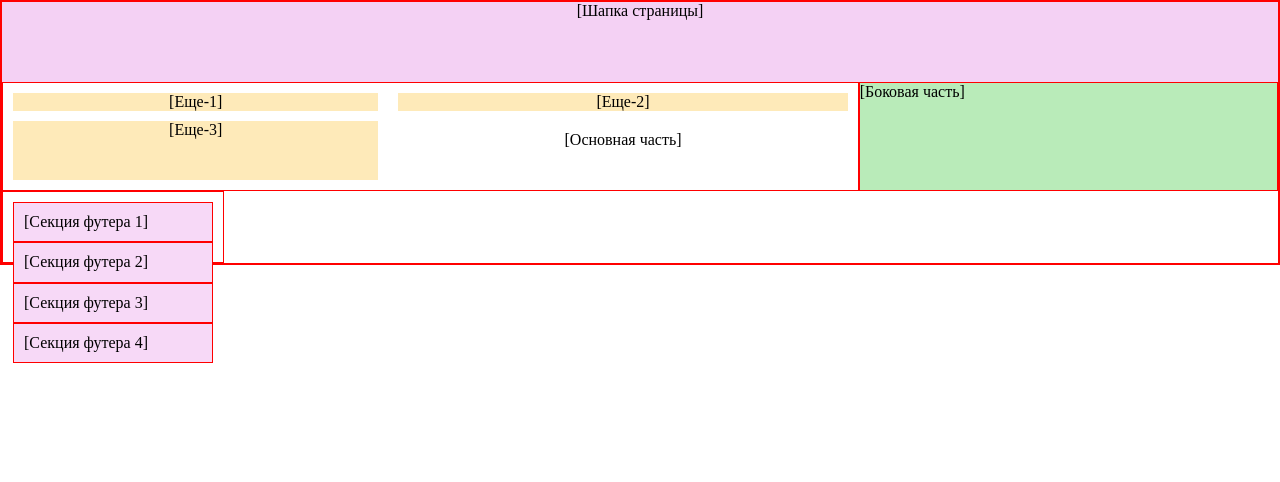
Repository: IrinaGetmanenko/week6
Page: grid.html
An editor plug-in stored every save of this project. The page is shown before and after the next save, followed by the edit.
The browser window is 1280 px wide. The pictures show the whole page.

Above is the page before, as saved 2022-10-22 20:11:11.

### grid.html
<!DOCTYPE html>
<html lang="en">
<head>
    <meta charset="UTF-8">
    <meta http-equiv="X-UA-Compatible" content="IE=edge">
    <meta name="viewport" content="width=device-width, initial-scale=1.0">
    <title>Document</title>
    <link rel="stylesheet" href="assets\normalize.css">
</head>

<style>

.site{
  border: 2px solid red;
  display: grid;
  grid-template-areas:"header header header "
                       "inner inner  aside"
                       "inner inner aside"
                       "footer footer footer"
}

.header {
  background-color: rgb(244, 209, 244);
  grid-area: header;
  text-align: center;
  height: 80px;
}

.inner{
  border: 1px solid red;
  display: grid;
  grid-area: inner;
  grid-template-areas:"main main"
                       "left right"
                       "bottom bottom"

  background-color: beige;
  gap: 10px 20px;
  text-align: center;
  padding: 10px;


}

.main{
  grid-area: main;
padding: 10px 10px 30px;
 }

.block{
  background-color: rgb(254, 234,185);
  text-align: inherit;
}


.block left
{
  grid-area: left;

}

.block right
{
  grid-area:right;

}
.block bottom
{
  grid-area:bottom;

}


.aside {
  border: 1px solid red;
  grid-area: aside;
  background-color: rgb(185, 235, 185);

}

.footer {
grid-area: footer;

border: 1px solid red;
height: 50px;
width: 200px;
padding: 10px;
justify-content: space-between;

}

.section-1  {

  background-color: rgb(247, 217, 247);
border: 1px solid red;
padding: 10px;
}

.section-2  {
    border: 1px solid red;
  background-color: rgb(247, 217, 247);
  padding: 10px;
}

.section-3  {
    border: 1px solid red;
  background-color: rgb(247, 217, 247);
  padding: 10px;
}

.section-4  {
    border: 1px solid red;
  background-color: rgb(247, 217, 247);
  padding: 10px;
}

</style>
<body>

  <site class=" site">

<header class="header">[Шапка страницы]</header>


<div class="inner">
  <inner class="main">
    <span>[Основная часть]</span>
  </inner>
<div class="block left">
  <span>[Еще-1]</span>
  </div>
  <inner class="block right">
    <span>[Еще-2]</span>
  </inner>
    <inner class="block bottom">
      <span>[Еще-3]</span>
    </inner>
</div>

<aside class="aside">[Боковая часть]</aside>


<footer class="footer">
  <footer class="section-1">
    <span>[Секция футера 1]</span>
  </footer>
  <footer class="section-2">
    <span>[Секция футера 2]</span>
  </footer>
  <footer class="section-3">
    <span>[Секция футера 3]</span>
</footer>
    <footer class="section-4">
      <span>[Секция футера 4]</span>
  </footer>


</footer>

</site>



</body>
</html>

Loaded but not shown: assets/normalize.css (library)

After the next save:
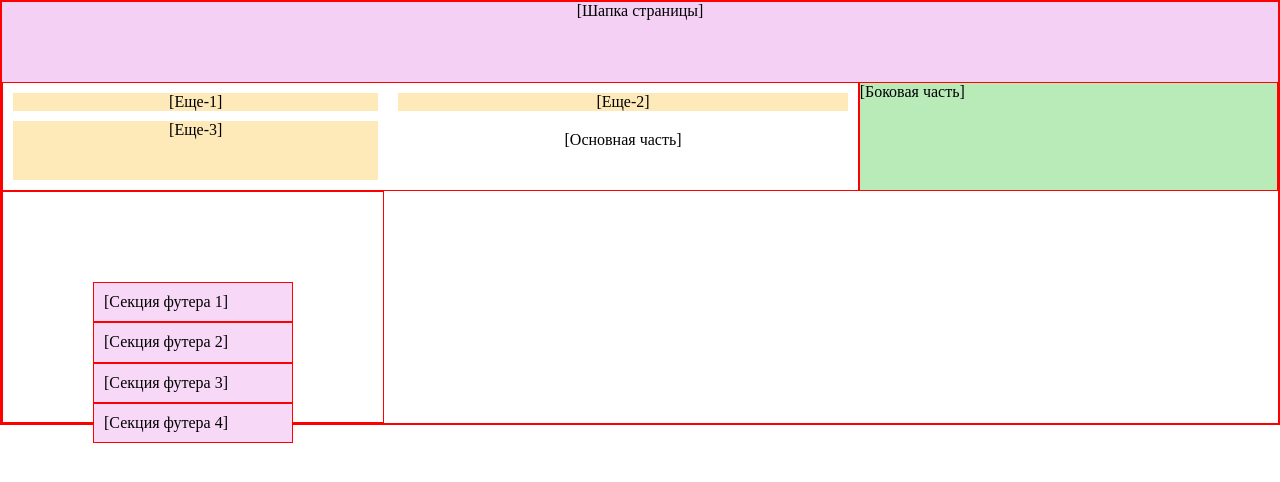
Saved 21 s later.
--- a/grid.html
+++ b/grid.html
@@ -84,7 +84,7 @@ grid-area: footer;
 border: 1px solid red;
 height: 50px;
 width: 200px;
-padding: 10px;
+padding: 90px;
 justify-content: space-between;
 
 }
